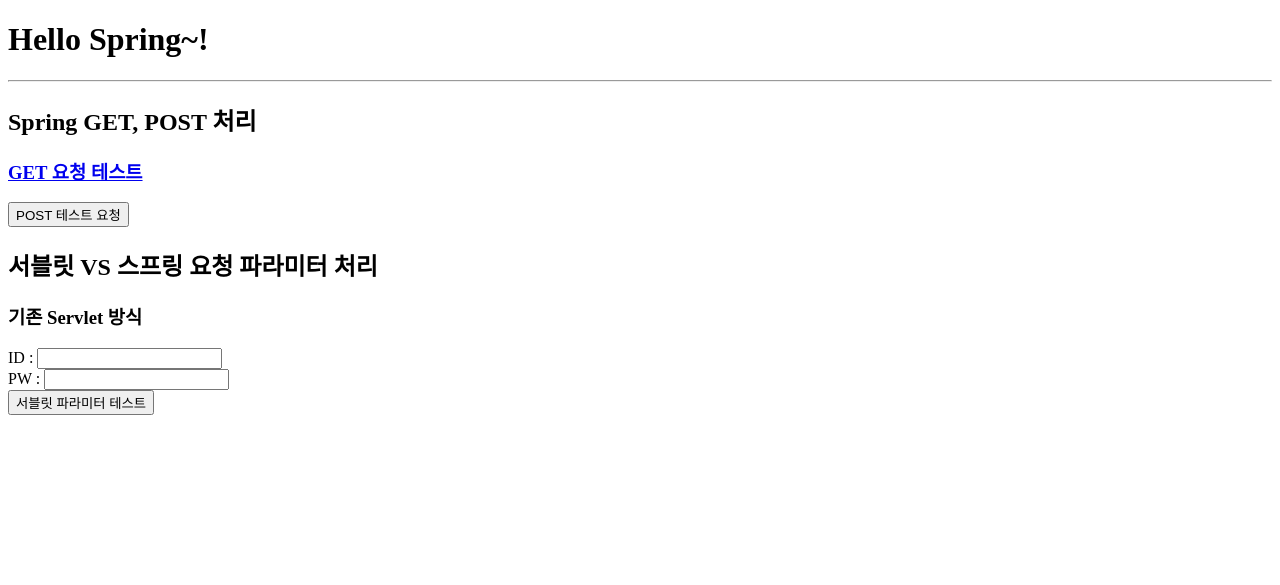
Repository: wona-owo/Spring
Page: http://localhost/00_spring/
The author's editor kept a copy of each file at every save. The page is drawn from the files as they stood at one save, then again after the next save.
The browser window is 1280 px wide. The pictures show the whole page.
The page is served by Tomcat 9.

Above is the page before, as saved 2024-12-02 05:08:28.

After the next save:
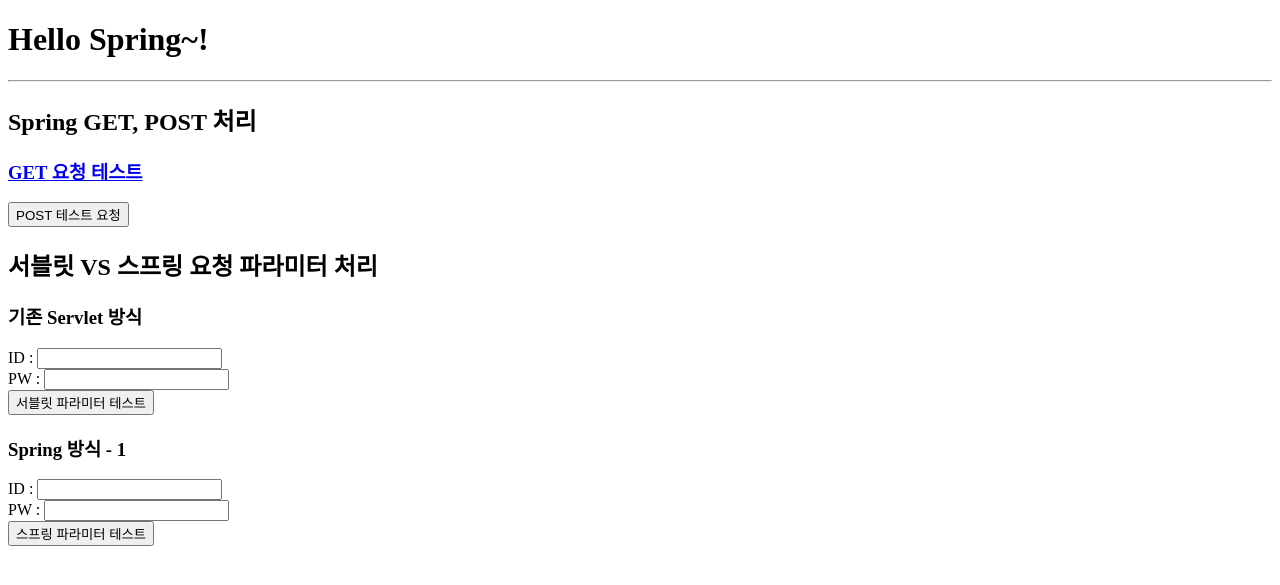
Saved 17 s later.
--- a/00_spring/src/main/webapp/index.jsp
+++ b/00_spring/src/main/webapp/index.jsp
@@ -52,5 +52,12 @@
 	 	PW : <input type="text" name="testPw"> <br>
 	 	<input type="submit" value="서블릿 파라미터 테스트">
 	 </form>
+
+	 <h3>Spring 방식 - 1</h3>
+	 <form action="/springParamTest.kh" method="post">
+	 	ID : <input type="text" name="testId"> <br>
+	 	PW : <input type="text" name="testPw"> <br>
+	 	<input type="submit" value="스프링 파라미터 테스트">
+	 </form>
 </body>
 </html>
